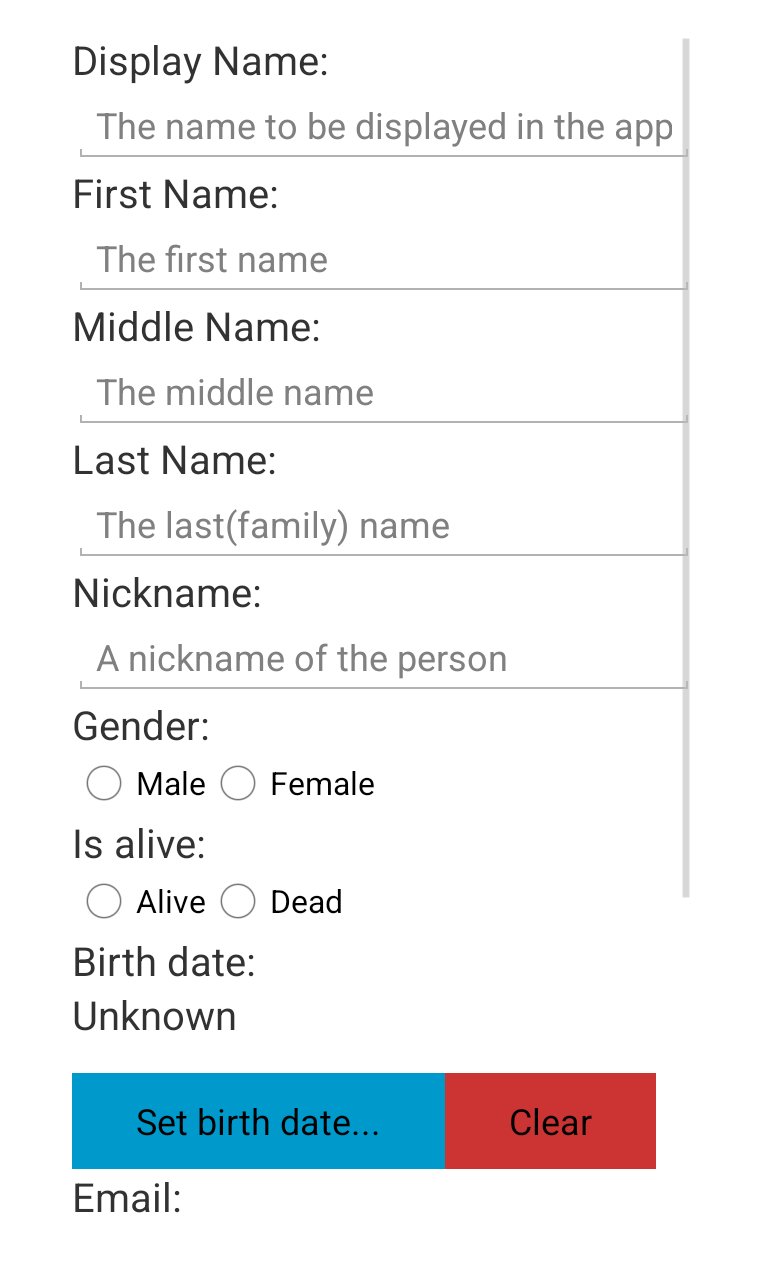
Repository: ivanbuhov/FamilyAndroidClient
Layout: Family/res/layout/activity_edit_person.xml
An editor plug-in stored every save of this project. The layout is shown before and after the next save, followed by the edit.
It is drawn on a 768 x 1280 px phone screen (xhdpi) without system bars, with theme AppTheme; the app's code is not run.

Above is the layout before, as saved 2013-11-19 14:20:47.

After the next save:
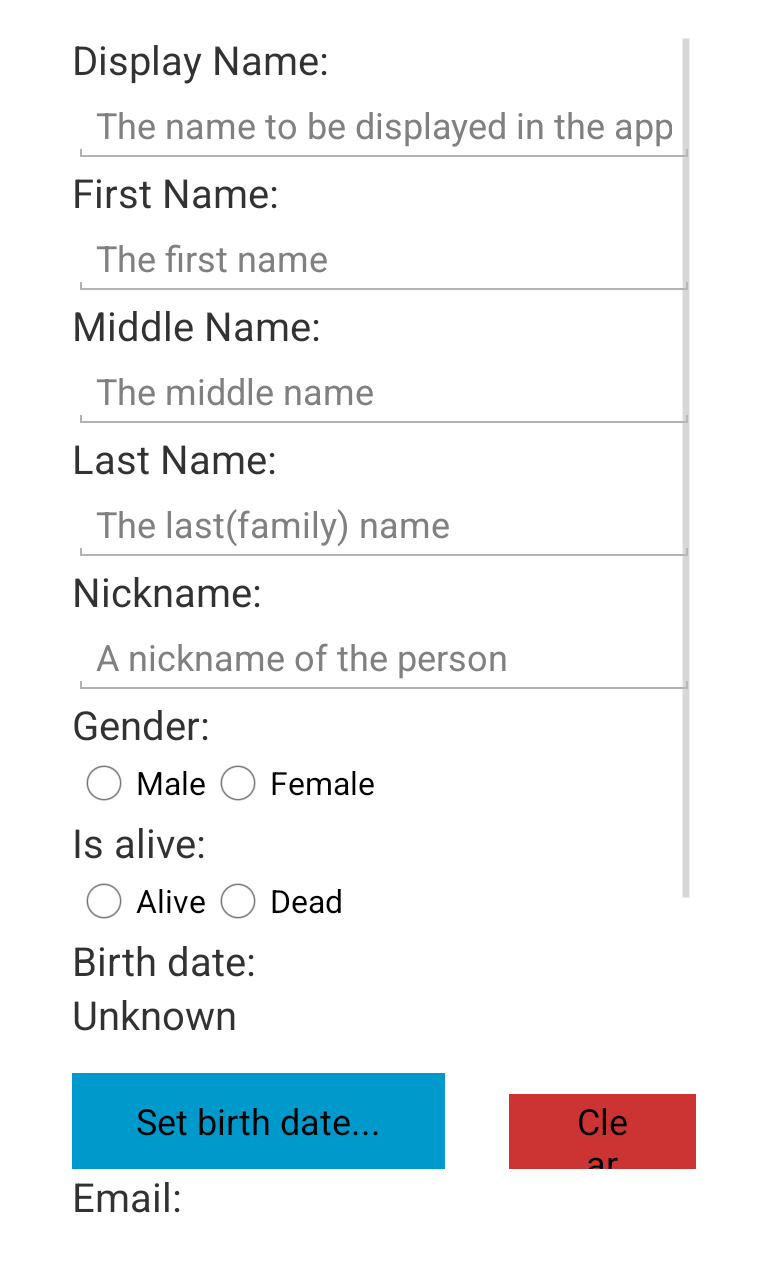
Saved 2 min 2 s later.
--- a/Family/res/layout/activity_edit_person.xml
+++ b/Family/res/layout/activity_edit_person.xml
@@ -180,6 +180,7 @@
 	                android:layout_marginTop="16dp"
 	                android:paddingLeft="32dp"
 	                android:paddingRight="32dp"
+	                android:layout_marginRight="32dp"
         			android:background="#ff0099cc"
 	                android:text="@string/set_birth_date" />
 
